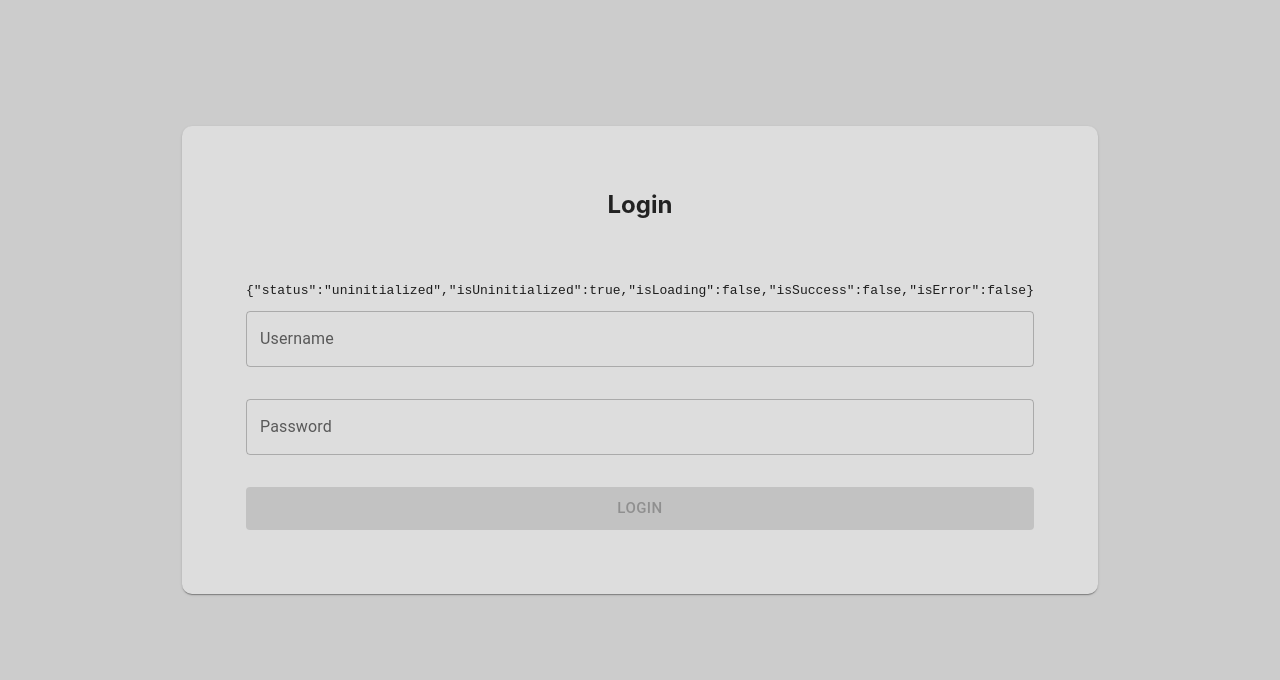
Repository: devhalo21028/learn-react
Page: / (app in end-to-end-test/my-app/)
These files come from the project's save history. The page is drawn as it stood at one moment and after the next save; the edit follows.
The browser window is 1280 px wide. The pictures show the whole page.
The page's requests for data from a server got no answer. The project was rebuilt for these pictures with package versions that can differ from the ones it lists, and the page was loaded fresh each time. No one was signed in, and anything a server would have sent is missing. Also part of the build but not shown: end-to-end-test/my-app/src/general/components/Welcome/Welcome.tsx.

Above is the page before, as saved 2022-01-18 20:47:19.

### end-to-end-test/my-app/src/index.tsx
import React from 'react';
import ReactDOM from 'react-dom';
import { BrowserRouter } from 'react-router-dom';
import { Provider } from 'react-redux';
import { store } from './store';
import { App } from './App';
import reportWebVitals from './reportWebVitals';

import './index.css';

ReactDOM.render(
  <React.StrictMode>
    <Provider store={store}>
      <BrowserRouter>
        <App />
      </BrowserRouter>
    </Provider>
  </React.StrictMode>,
  document.getElementById('root'),
);

// If you want to start measuring performance in your app, pass a function
// to log results (for example: reportWebVitals(console.log))
// or send to an analytics endpoint. Learn more: https://bit.ly/CRA-vitals
reportWebVitals();

### end-to-end-test/my-app/src/store.ts
import { configureStore } from '@reduxjs/toolkit';
import { setupListeners } from '@reduxjs/toolkit/query/react';
import { authApi } from './auth/services/authApi';
import { authReducer } from './auth/services/authSlice';

export const store = configureStore({
  reducer: {
    [authApi.reducerPath]: authApi.reducer,
    auth: authReducer,
  },
  middleware: (getDefaultMiddlware) => getDefaultMiddlware().concat(authApi.middleware),
});

export type RootState = ReturnType<typeof store.getState>;

export type AppDispatch = typeof store.dispatch;

setupListeners(store.dispatch);

### end-to-end-test/my-app/src/App.tsx
/** @jsxImportSource @emotion/react */

import { Routes, Route } from 'react-router-dom';
import { css } from '@emotion/react';
import { Welcome } from './general/components/Welcome';
import Login from './auth/components/Login';
import RequireAuth from './auth/components/RequireAuth';

export function App() {
  return (
    <div css={css`
      display: flex;
      height: 100%;
    `}
    >
      <Routes>
        <Route
          path="/"
          element={(
            <RequireAuth>
              <Welcome />
            </RequireAuth>
          )}
        />
        <Route path="/login" element={<Login />} />
      </Routes>
    </div>
  );
}

### end-to-end-test/my-app/src/index.css
html, body {
  min-height: 100%;
}

body {
  margin: 0;
  font-family: -apple-system, BlinkMacSystemFont, 'Segoe UI', 'Roboto', 'Oxygen',
    'Ubuntu', 'Cantarell', 'Fira Sans', 'Droid Sans', 'Helvetica Neue',
    sans-serif;
  -webkit-font-smoothing: antialiased;
  -moz-osx-font-smoothing: grayscale;
}

code {
  font-family: source-code-pro, Menlo, Monaco, Consolas, 'Courier New',
    monospace;
}

#root {
  position: absolute;
  top: 0;
  left: 0;
  width: 100%;
  height: 100%;
}

### end-to-end-test/my-app/src/auth/services/authApi.ts
import { createApi, fetchBaseQuery } from '@reduxjs/toolkit/query/react';
import { API_URL } from '../../appConstant';

export interface LoginResponse {
  token: string
}

export interface LoginRequest {
  username: string
  password: string
}

export const authApi = createApi({
  reducerPath: 'authApi',
  baseQuery: fetchBaseQuery({
    baseUrl: `${API_URL}/auth`,
  }),
  endpoints: (build) => ({
    login: build.mutation<LoginResponse, LoginRequest>({
      query: (data: LoginRequest) => ({
        url: '/login',
        method: 'POST',
        body: data,
      }),
    }),
  }),
});

### end-to-end-test/my-app/src/auth/services/authSlice.ts
/* eslint-disable no-param-reassign */
import { createSlice, PayloadAction } from '@reduxjs/toolkit';

export interface AuthState {
  token?: string
}

export interface LoginPayload {
  token: string
}

const initialState: AuthState = {};

export const authSlice = createSlice({
  name: 'auth',
  initialState,
  reducers: {
    saveLogin: (state, action: PayloadAction<LoginPayload>) => {
      state.token = action.payload.token;
    },
  },
});

export const { saveLogin } = authSlice.actions;

export const authReducer = authSlice.reducer;

### end-to-end-test/my-app/src/auth/components/RequireAuth/index.ts
export { default } from './RequireAuth';

### end-to-end-test/my-app/src/appConstant.ts
export const API_URL = process.env.REACT_APP_API_URL || 'http://localhost:3000/api/v1';

### end-to-end-test/my-app/src/auth/components/Login/Login.tsx
/** @jsxImportSource @emotion/react */

import { css } from '@emotion/react';
import { Paper } from '@mui/material';
import { useDispatch } from 'react-redux';
import { authApi } from '../../services/authApi';
import { saveLogin } from '../../services/authSlice';
import LoginForm, { LoginFormData } from './LoginForm';

export default function Login() {
  const dispatch = useDispatch();
  const [login, loginState] = authApi.useLoginMutation();

  const handleFormSubmit = async (data: LoginFormData) => {
    try {
      const auth = await login(data).unwrap();

      dispatch(saveLogin(auth));
    } catch (err) {
      console.log(err);
    }
  };

  return (
    <section
      css={css`
        background: #ccc;
        display: flex;
        flex: 1;
        align-items: center;
        justify-content: center;
      `}
    >
      <Paper
        css={css`
          background: #ddd;
          padding: 4rem;
          min-width: 25rem;
          border-radius: 10px;
        `}
      >
        <h1
          css={css`
            text-align: center;
            margin: 0 0 4rem 0;
            color: #222;
          `}
        >
          Login
        </h1>
        <pre>
          {JSON.stringify(loginState)}
        </pre>
        <LoginForm
          onSubmit={handleFormSubmit}
          isSubmitting={loginState.isLoading}
        />
      </Paper>
    </section>
  );
}

### end-to-end-test/my-app/src/auth/components/RequireAuth/RequireAuth.tsx
import React from 'react';
import { useSelector } from 'react-redux';
import { Navigate, useLocation } from 'react-router-dom';
import { RootState } from '../../../store';
import { AuthState } from '../../services/authSlice';

export interface AuthProps {
  children: React.ReactElement
}

export default function RequireAuth({ children }: AuthProps): React.ReactElement {
  const auth = useSelector<RootState, AuthState>((state) => state.auth);
  const location = useLocation();

  if (!auth?.token) {
    return (
      <Navigate
        to="/login"
        state={{
          from: location,
        }}
        replace
      />
    );
  }

  return children;
}

### end-to-end-test/my-app/src/auth/components/Login/LoginForm/index.ts
export { default } from './LoginForm';
export * from './LoginForm';

### end-to-end-test/my-app/src/auth/components/Login/LoginForm/LoginForm.tsx
/** @jsxImportSource @emotion/react */

import React, { useState } from 'react';
import { css } from '@emotion/react';
import { Button, TextField } from '@mui/material';

export interface LoginFormData {
  username: string
  password: string
}

export interface LoginFormState extends LoginFormData {
  buttonDisabled: boolean
}

export interface LoginFormProps {
  onSubmit: (data: LoginFormData) => void
  isSubmitting: boolean
}

export default function LoginForm({
  onSubmit,
  isSubmitting,
}: LoginFormProps) {
  const [formState, setFormState] = useState<LoginFormState>({
    username: '',
    password: '',
    buttonDisabled: true,
  });

  const isButtonDisabled = (state: LoginFormState) => !state.username || !state.password;

  const onFieldChange = (e: React.ChangeEvent<HTMLInputElement>) => {
    const newValue = e.target.value;
    const fieldName = e.target.name;
    const newFormState = {
      ...formState,
      [fieldName]: newValue,
    };

    const buttonDisabled = isButtonDisabled(newFormState);

    setFormState({
      ...newFormState,
      buttonDisabled,
    });
  };

  const handleOnSubmit = (e: React.FormEvent<HTMLFormElement>) => {
    const {
      username,
      password,
    } = formState;

    onSubmit({
      username,
      password,
    });

    e.preventDefault();
  };

  return (
    <form
      css={css`
            display: flex;
            flex-direction: column;
            row-gap: 2rem;
          `}
      onSubmit={handleOnSubmit}
    >
      <TextField
        variant="outlined"
        name="username"
        label="Username"
        onChange={onFieldChange}
      />
      <TextField
        type="password"
        variant="outlined"
        name="password"
        label="Password"
        onChange={onFieldChange}
      />
      <Button
        type="submit"
        disabled={formState.buttonDisabled || isSubmitting}
        variant="contained"
        size="large"
      >
        Login
      </Button>
    </form>
  );
}

Loaded but not shown: end-to-end-test/my-app/public/index.html (common file); end-to-end-test/my-app/src/reportWebVitals.ts (common file); end-to-end-test/my-app/src/general/components/Welcome/index.ts (common file); end-to-end-test/my-app/src/auth/components/Login/index.ts (common file)

After the next save:
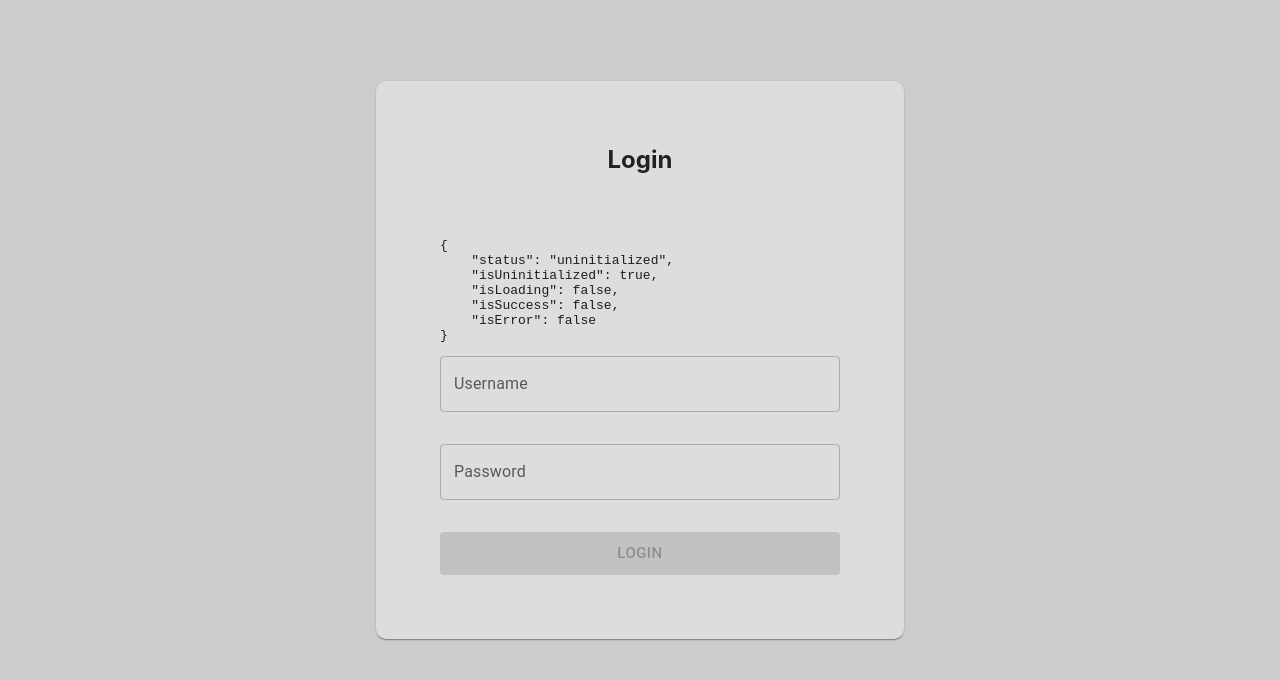
Saved 13 s later.
--- a/end-to-end-test/my-app/src/auth/components/Login/Login.tsx
+++ b/end-to-end-test/my-app/src/auth/components/Login/Login.tsx
@@ -49,7 +49,7 @@ export default function Login() {
           Login
         </h1>
         <pre>
-          {JSON.stringify(loginState)}
+          {JSON.stringify(loginState, null, 4)}
         </pre>
         <LoginForm
           onSubmit={handleFormSubmit}
